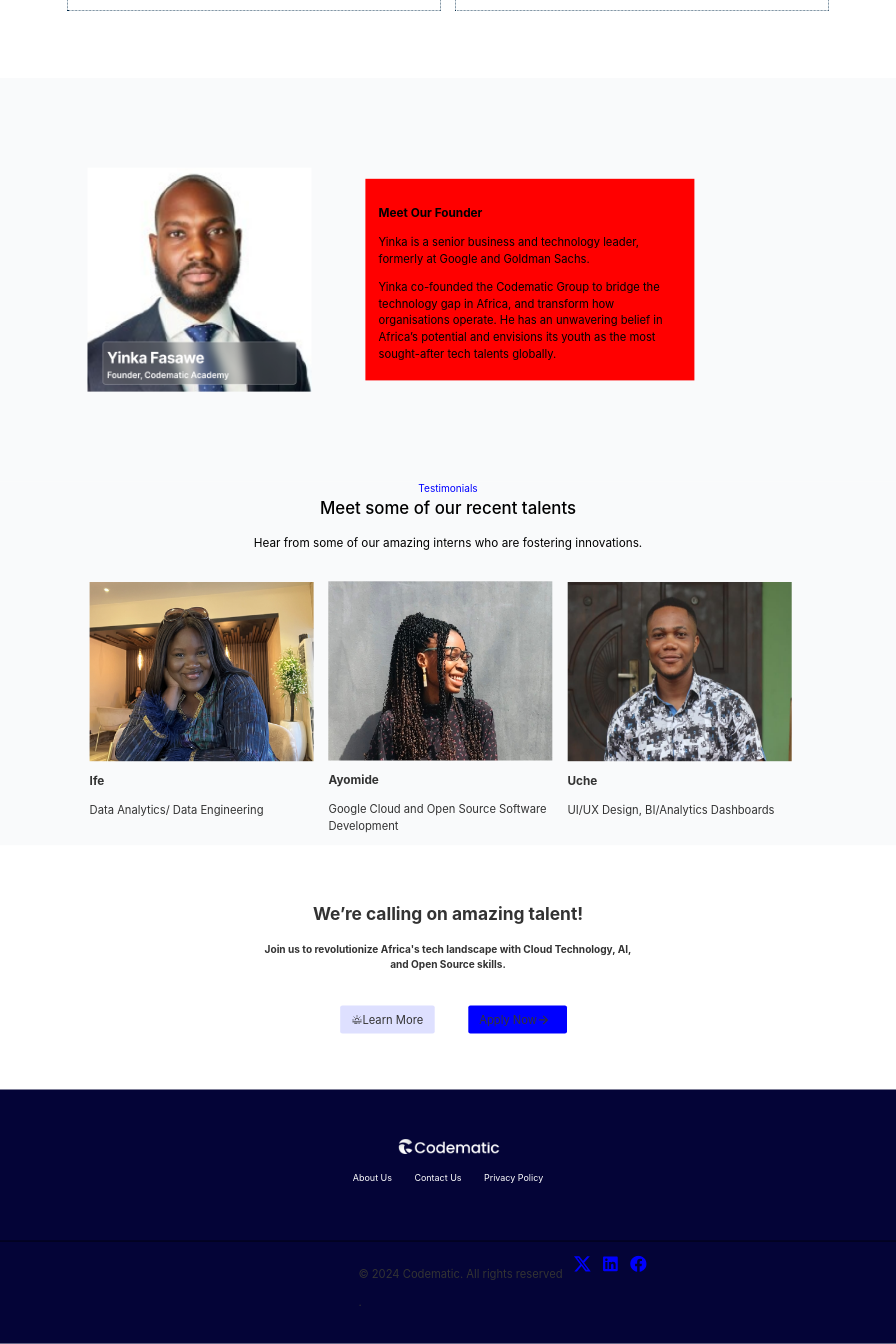
Repository: Gabriel221-dev/Codematic-page
Page: /
The author's editor kept a copy of each file at every save. The page is drawn from the files as they stood at one save, then again after the next save.
The browser window is 1280 px wide. The pictures show the part of the page from y = 2958 to 4878 px (the page is 4878 px tall), at 70% of full size.
The project was rebuilt for these pictures with package versions that can differ from the ones it lists, and the page was loaded fresh each time. Also part of the build but not shown: vite.config.js, src/App.css.

Above is the page before, as saved 2024-07-31 06:23:51.

After the next save:
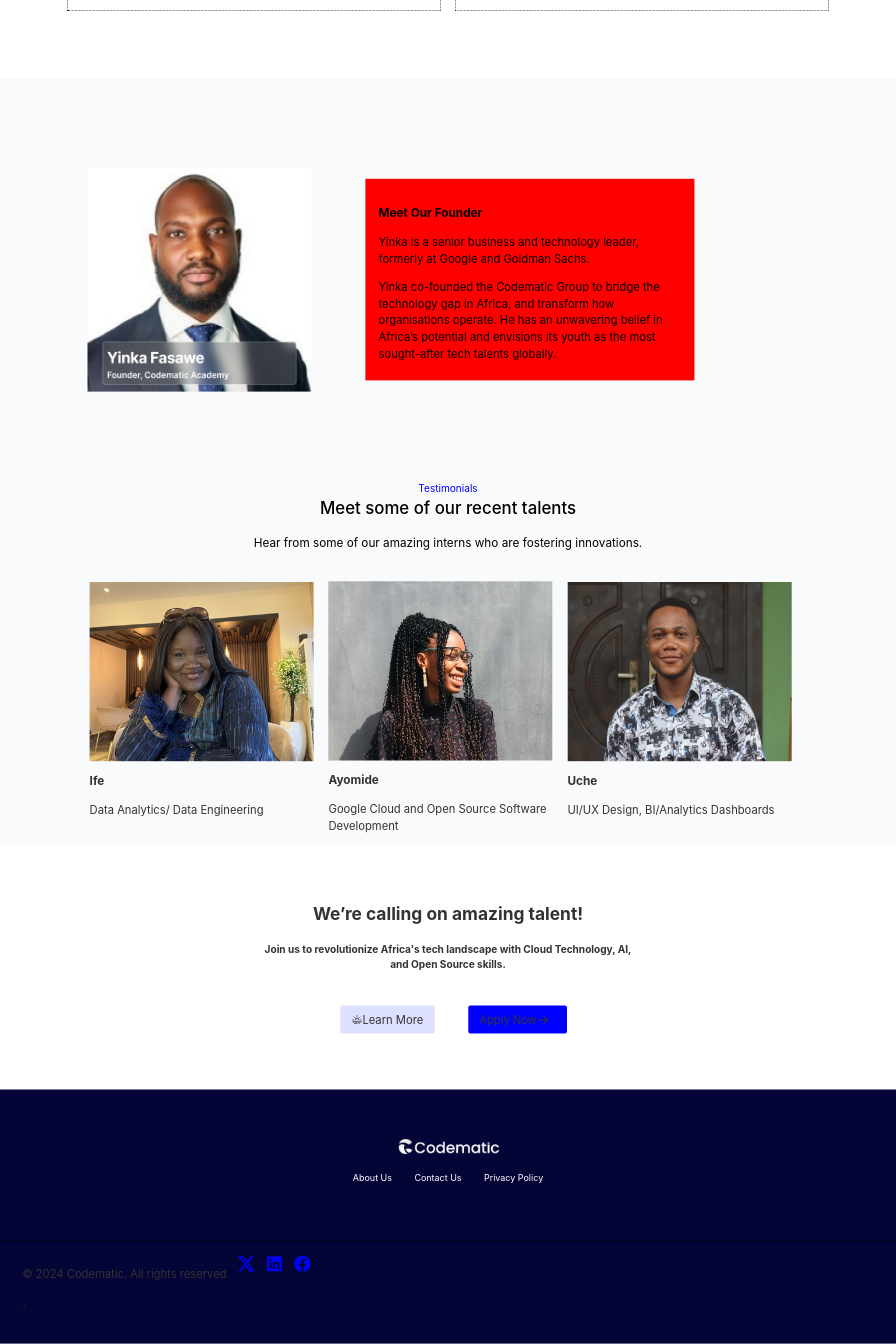
Saved 18 s later.
--- a/src/components/Footer.css
+++ b/src/components/Footer.css
@@ -299,7 +299,7 @@
   .bottom {
     display: flex;
     gap: 1rem;
-    padding-left: 31rem;
+    padding-left: 1rem;
   }
 
   .icon {
